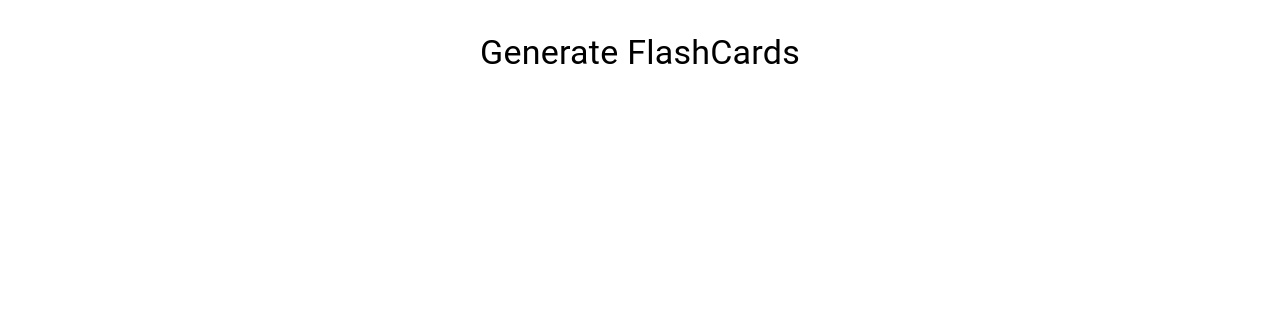
Repository: rakeshpuppala2590/AI-Flashcards-Stripe
Page: /generate
These files come from the project's save history. The page is drawn as it stood at one moment and after a run of saves; the edit follows.
The browser window is 1280 px wide. The pictures show the whole page.
The page's requests for data from a server got no answer. The project was rebuilt for these pictures with package versions that can differ from the ones it lists, and the page was loaded fresh each time. Some packages were replaced by stand-ins written for this rebuild. The framework's server and built-in components were replaced by stand-ins that run in the browser. No one was signed in, and anything a server would have sent is missing. Also part of the build but not shown: next.config.mjs.

Above is the page before, as saved 2024-08-12 17:32:13.

After the next 2 saves:
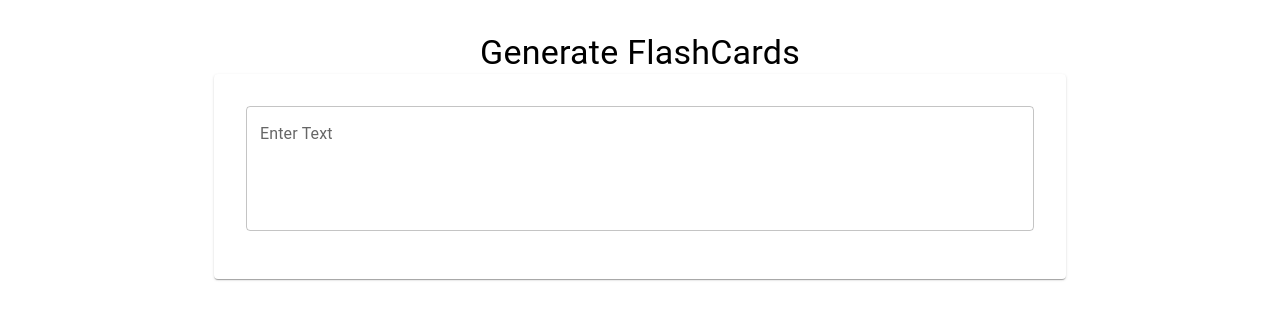
The 2 saves are shown as one change because 1 did not build or start.
The last was saved 9 min 15 s later.
--- a/src/app/generate/page.js
+++ b/src/app/generate/page.js
@@ -1,7 +1,7 @@
 "use client";
 
 import { useUser } from "@clerk/nextjs";
-import { Typography, Container, Box } from "@mui/material";
+import { Typography, Container, Box, Paper, TextField } from "@mui/material";
 
 import { collection, writeBatch } from "firebase/firestore";
 import { useRouter } from "next/navigation";
@@ -83,6 +83,18 @@ export default function Generate() {
         }}
       >
         <Typography variant="h4">Generate FlashCards</Typography>
+        <Paper sx={{ p: 4, width: "100%" }}>
+          <TextField
+            value={text}
+            onChange={(e) => setText(e.target.value)}
+            label="Enter Text"
+            fullWidth
+            multiline
+            rows={4}
+            variant="outlined"
+            sx={{ mb: 2 }}
+          ></TextField>
+        </Paper>
       </Box>
     </Container>
   );
